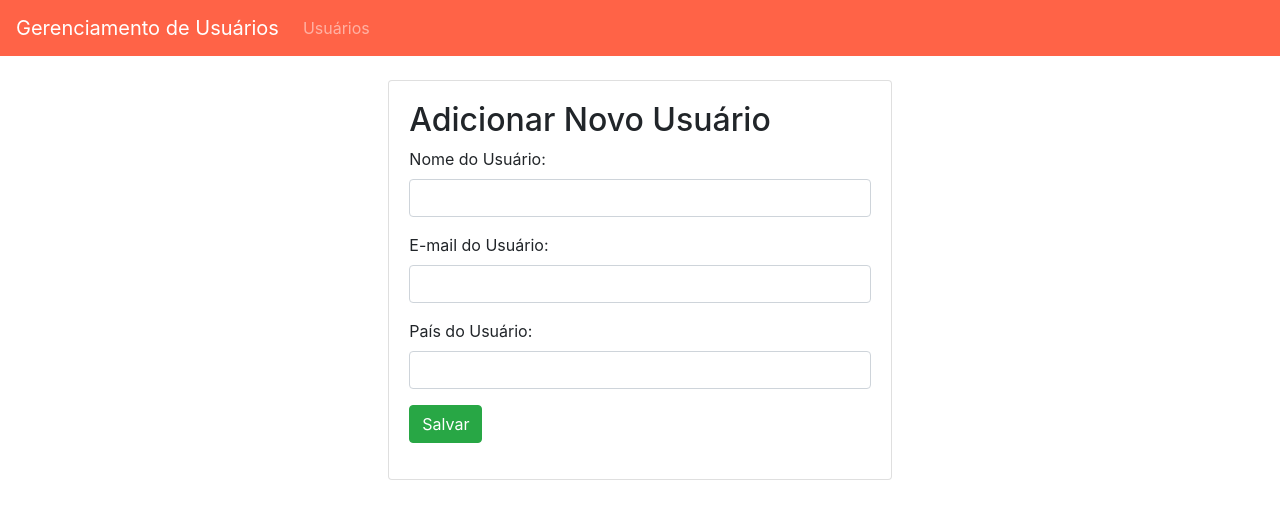
Repository: diegosena7/EstudosJSP
Page: http://localhost/CRUD/new
The author's editor kept a copy of each file at every save. The page is drawn from the files as they stood at one save, then again after the next save.
The browser window is 1280 px wide. The pictures show the whole page.
The page is served by Tomcat 9.

Above is the page before, as saved 2021-07-04 17:35:50.

After the next save:
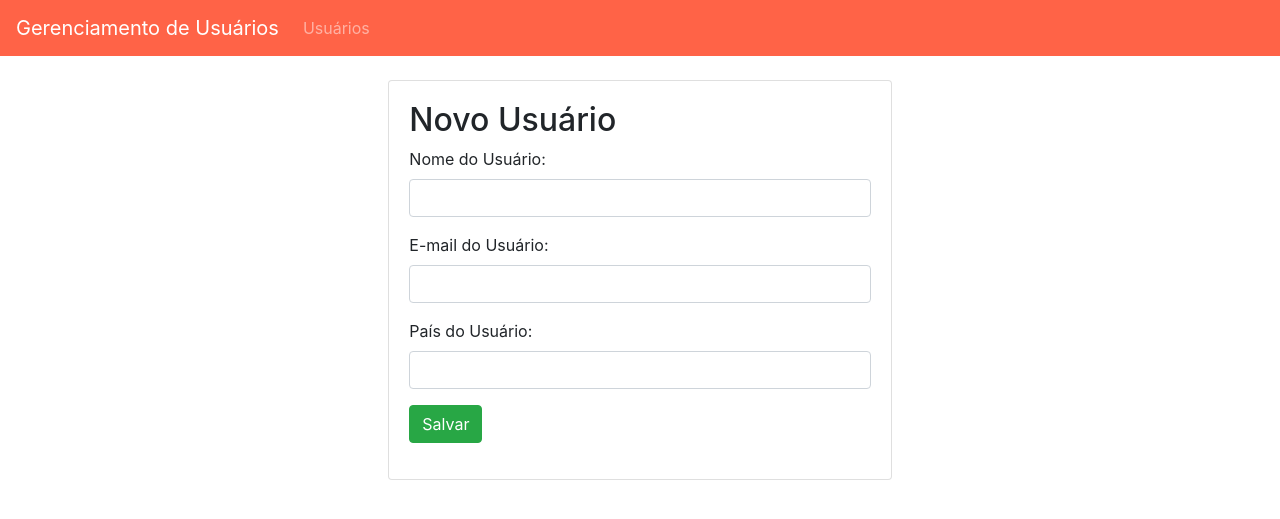
Saved 2 min 15 s later.
--- a/CRUD/WebContent/user-form.jsp
+++ b/CRUD/WebContent/user-form.jsp
@@ -38,7 +38,7 @@
             			Editar Usuário
             		</c:if>
 						<c:if test="${usuario == null}">
-            			Adicionar Novo Usuário
+            			Novo Usuário
             		</c:if>
 					</h2>
 				</caption>
